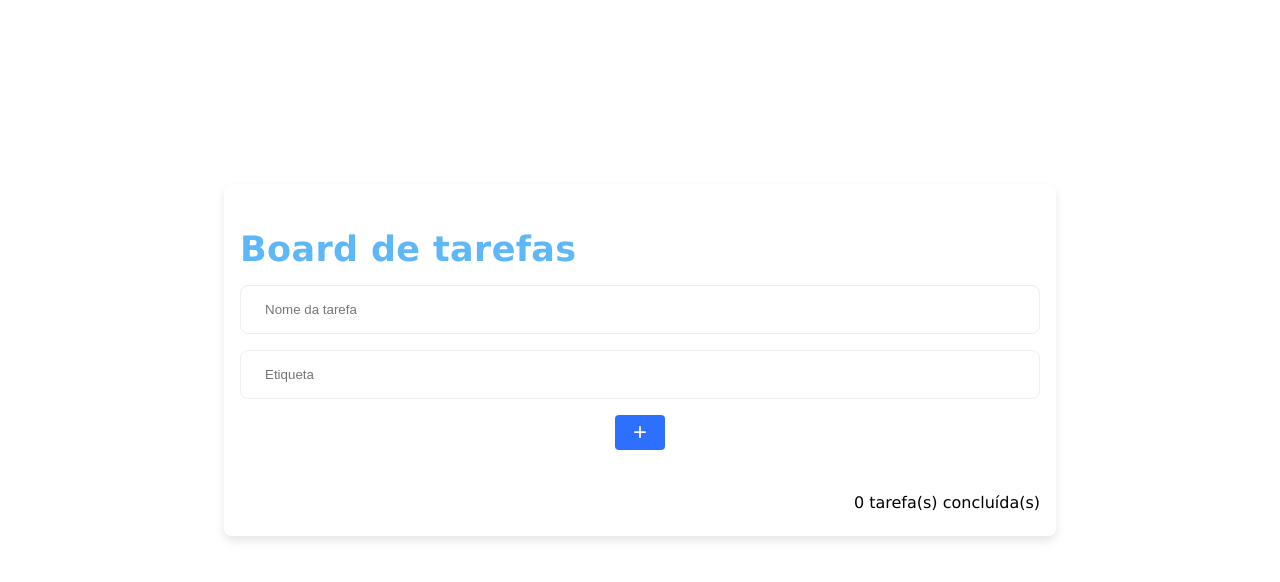
Repository: elasoares/RID187500_Desafio3
Page: index.html
The author's editor kept a copy of each file at every save. The page is drawn from the files as they stood at one save, then again after the next save.
The browser window is 1280 px wide. The pictures show the whole page.

Above is the page before, as saved 2024-12-03 19:37:37.

After the next save:
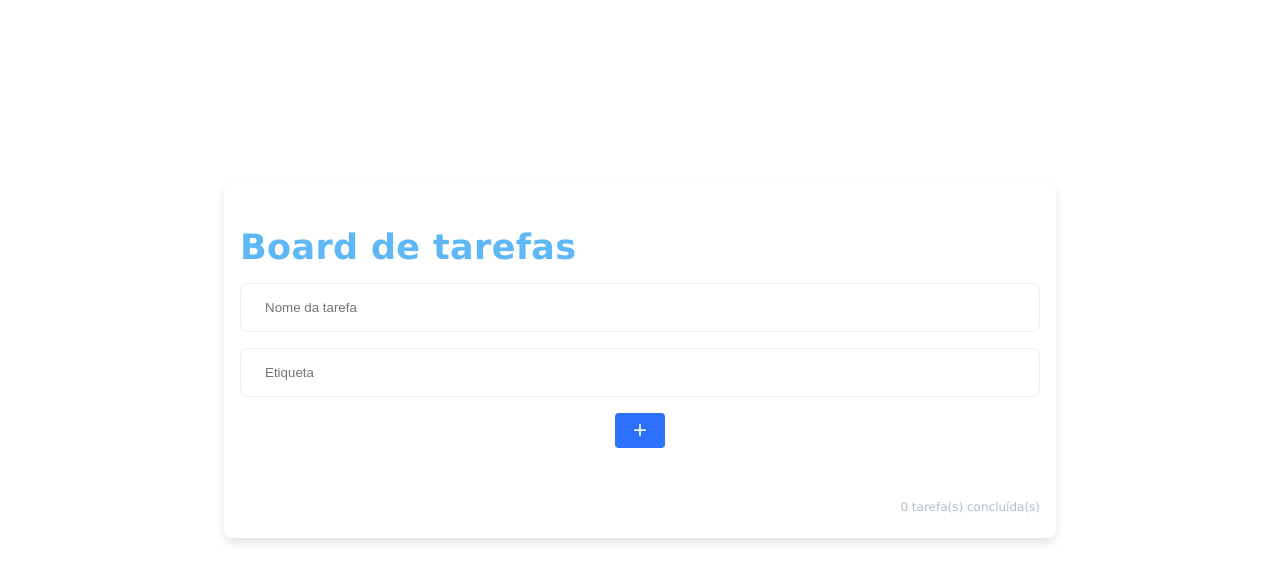
Saved 12 s later.
--- a/style.css
+++ b/style.css
@@ -234,9 +234,7 @@ input:focus {
 }
 
 .tasks-progress{
-    font-size: 1.2rem;
-    color: #b2bec3;
-    margin-top: 0.4rem;
+
 }
 
 #todo-footer {
@@ -246,6 +244,9 @@ input:focus {
     font-size: 1.6rem;
     align-items: flex-end;
     height: 50px;
+    font-size: 1.2rem;
+    color: #b2bec3;
+    margin-top: 0.4rem;
 }
 
 @media (min-width: 768px) {
